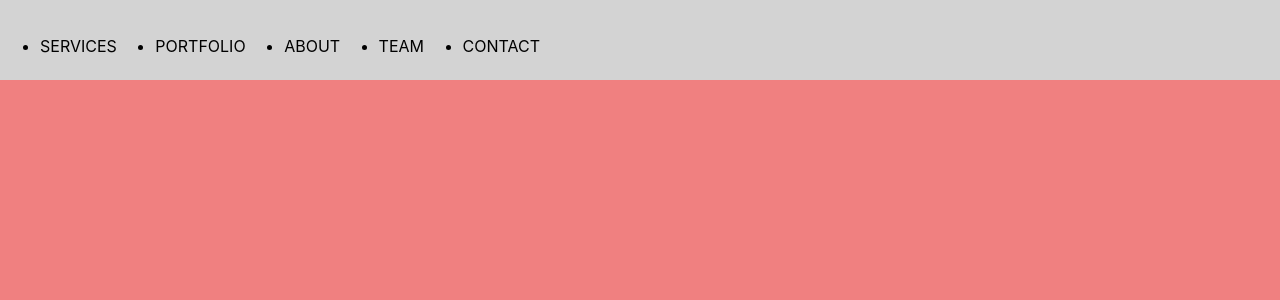
Repository: ooter37/media-queries-afternoon
Page: / (app in portfolio-clone/)
These files come from the project's save history. The page is drawn as it stood at one moment and after the next save; the edit follows.
The browser window is 1280 px wide. The pictures show the whole page.
The project was rebuilt for these pictures with package versions that can differ from the ones it lists, and the page was loaded fresh each time.

Above is the page before, as saved 2020-04-13 13:32:23.

After the next save:
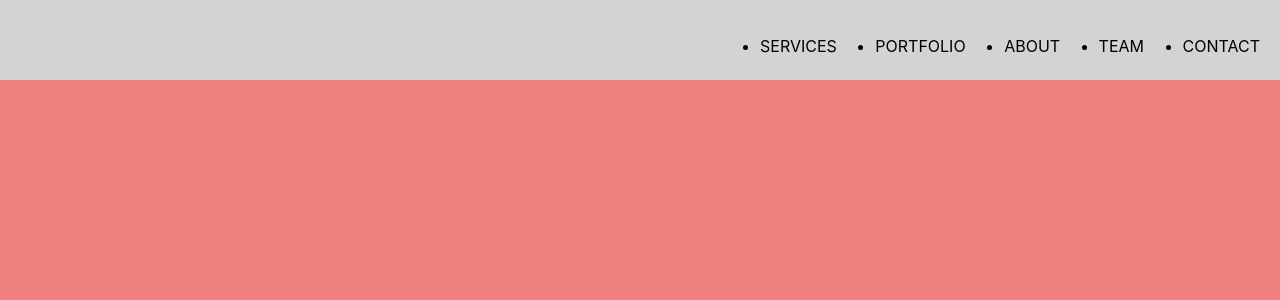
Saved 7 s later.
--- a/portfolio-clone/src/App.css
+++ b/portfolio-clone/src/App.css
@@ -25,5 +25,6 @@ body {
   align-items: center;
   position: fixed;
   top: 20px;
+  right: 20px;
 
 }
